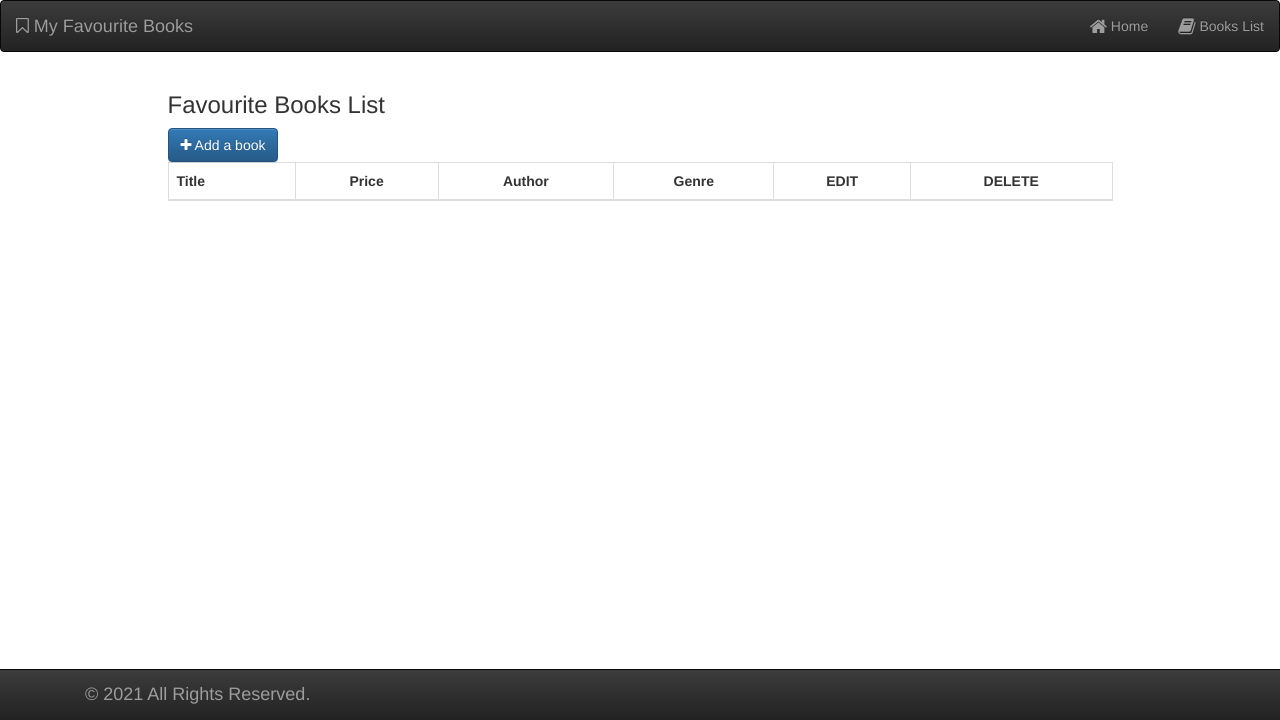
Repository: ClaytonRapiejko/COMP229-M2021-MIDTERM-301091341
Page: http://localhost/books
The author's editor kept a copy of each file at every save. The page is drawn from the files as they stood at one save, then again after the next save.
The browser window is 1280 px wide. The pictures show the whole page.
The page is served by the project's Node server (server.js). Other server files are loaded and not shown. Queries for data that is not in the repository find no rows.

Above is the page before, as saved 2021-06-22 13:35:31.

### server/views/books/index.ejs
<%- include('../partials/header.ejs'); %>

    <!-- MAIN CONTENT -->
    <div class="container">
      <div class="row">
        <div class="col-md-offset-1 col-md-10">
          <h3>Favourite Books List </h3>
          <!-- ------------------------ -->
          <!-- FIXED ADD BUTTON BELOW -->
          <a href="/books/add" class="btn btn-primary"><i class="fa fa-plus"></i> Add a book</a>
          <br>
          <div class="table-responsive">
            <table class="table table-bordered table-striped table-hover">
              <thead>
                <tr>
                  <th>Title</th>
                  <th class="text-center">Price</th>
                  <th class="text-center">Author</th>
                  <th class="text-center">Genre</th>
                  <th class="text-center">EDIT</th>
                  <th class="text-center">DELETE</th>
                </tr>
                </thead>
                <tbody>
                <!-- Template Row -->
                <% for (let count = 0; count < books.length; count++) { %>
                <tr>
                  <td><%= books[count].Title %></td>
                  <td class="text-center">$<%= books[count].Price %></td>
                  <td class="text-center"><%= books[count].Author %></td>
                  <td class="text-center"><%= books[count].Genre %></td>

                  <td class="text-center">
                    <!-- ------------------------ -->
                    <!-- ADDED the EDIT BUTTON HERE -->
                    <a href="/books/edit/<%= books[count]._id %>" class="btn btn-primary btn-sm">
                    <i class="fas fa-pencil-alt"></i> Edit</a>
                  </td>

                  <td class="text-center">
                    <!-- ------------------------ -->
                    <!-- ADDED the DELETE BUTTON HERE -->
                    <a href="/books/delete/<%= books[count]._id %>" class="btn btn-danger btn-sm">
                    <i class="fas fa-trash-alt"></i> Delete</a>
                  </td>
                </tr>
                <% } %>
              </tbody>
            </table>
          </div>
           <div class="col-md-offset-1 col-md-10 text-center">
            <ul class="pagination pagination-lg pager" id="myPager"></ul>
          </div>
        </div>
      </div>
    </div>

<%- include('../partials/footer.ejs'); %>

### server/views/partials/header.ejs
<!DOCTYPE html>
<html lang="en">
  <head>
    <meta charset="utf-8">
    <meta name="viewport" content="width=device-width, initial-scale=1">
    <title><%= title %></title>
    <!-- CSS SECTION -->
    <link rel="stylesheet" href="/Scripts/lib/bootstrap/dist/css/bootstrap.min.css">
    <link rel="stylesheet" href="/Scripts/lib/bootstrap/dist/css/bootstrap-theme.min.css">
    <link rel="stylesheet" href="/Scripts/lib/font-awesome/css/font-awesome.min.css">
    <link rel='stylesheet' href='/Content/app.css' />
  </head>
  <body>

  <nav class="navbar navbar-inverse" role="navigation">
    <!-- Brand and toggle get grouped for better mobile display -->
    <div class="navbar-header">
      <button type="button" class="navbar-toggle" data-toggle="collapse" data-target=".navbar-ex1-collapse">
        <span class="sr-only">Toggle navigation</span>
        <span class="icon-bar"></span>
        <span class="icon-bar"></span>
        <span class="icon-bar"></span>
      </button>
      <a class="navbar-brand" href="/"><i class="fa fa-bookmark-o"></i> My Favourite Books</a>
    </div>

    <!-- Collect the nav links, forms, and other content for toggling -->
    <div class="collapse navbar-collapse navbar-ex1-collapse">
      <ul class="nav navbar-nav navbar-right">
        <% if(title == "Home") { %>
          <li class="active"><a href="/"><i class="fa fa-home fa-lg"></i> Home</a></li>
        <% } else { %>
          <li><a href="/"><i class="fa fa-home fa-lg"></i> Home</a></li>
        <% } %>

          <% if(title == "books") { %>
          <li class="active"><a href="/books"><i class="fa fa-book fa-lg">
          </i> Books List</a></li>
          <% } else { %>
            <li><a href="/books"><i class="fa fa-book fa-lg">
            </i> Books List</a></li>
          <% } %>

      </ul>
    </div><!-- /.navbar-collapse -->
  </nav>

### server/views/partials/footer.ejs

<nav class="navbar navbar-inverse navbar-fixed-bottom">
  <div class="container">
    <h4  class="navbar-text">&copy; 2021 All Rights Reserved.</h4>
  </div>
</nav>



<!-- JAVASCRIPT SECTION -->
    <script src="/Scripts/lib/jquery/dist/jquery.min.js"></script>
    <script src="/Scripts/lib/bootstrap/dist/js/bootstrap.min.js"></script>
    <script src="/Scripts/app.js"></script>
  </body>
</html>

### server.js
let app = require('./server/config/app');
let debug = require('debug')('comp308-w2019-midterm:server');
let http = require('http');

/**
 * Get port from environment and store in Express.
 */

let port = normalizePort(process.env.PORT || '3000');
app.set('port', port);

/**
 * Create HTTP server.
 */

let server = http.createServer(app);

/**
 * Listen on provided port, on all network interfaces.
 */

server.listen(port);
server.on('error', onError);
server.on('listening', onListening);

/**
 * Normalize a port into a number, string, or false.
 */

function normalizePort(val) {
  let port = parseInt(val, 10);

  if (isNaN(port)) {
    // named pipe
    return val;
  }

  if (port >= 0) {
    // port number
    return port;
  }

  return false;
}

/**
 * Event listener for HTTP server "error" event.
 */

function onError(error) {
  if (error.syscall !== 'listen') {
    throw error;
  }

  let bind = typeof port === 'string'
    ? 'Pipe ' + port
    : 'Port ' + port;

  // handle specific listen errors with friendly messages
  switch (error.code) {
    case 'EACCES':
      console.error(bind + ' requires elevated privileges');
      process.exit(1);
      break;
    case 'EADDRINUSE':
      console.error(bind + ' is already in use');
      process.exit(1);
      break;
    default:
      throw error;
  }
}

/**
 * Event listener for HTTP server "listening" event.
 */

function onListening() {
  let addr = server.address();
  let bind = typeof addr === 'string'
    ? 'pipe ' + addr
    : 'port ' + addr.port;
  debug('Listening on ' + bind);
}

### server/routes/books.js
// modules required for routing
let express = require('express');
let router = express.Router();
let mongoose = require('mongoose');

// define the book model
let book = require('../models/books');

/* GET books List page. READ */
router.get('/', (req, res, next) => {
  // find all books in the books collection
  book.find( (err, books) => {
    if (err) {
      return console.error(err);
    }
    else {
      res.render('books/index', {
        title: 'Books',
        books: books
      });
    }
  });

});

//  GET the Book Details page in order to add a new Book
router.get('/add', (req, res, next) => {

  res.render('books/details', {title: 'Add Books', books:''});

});

// POST process the Book Details page and create a new Book - CREATE
router.post('/add', (req, res, next) => {

    let newBook = book({
      "Title": req.body.title,
      "Description": req.body.description,
      "Price": req.body.price,
      "Author": req.body.author,
      "Genre": req.body.genre
    });
    book.create(newBook, (err, Contact)=>{
      if(err){

          console.log(err);
          res.end(err);
      }
      else
      {
          //refresh the contact list
          res.redirect('/books');
      }
  });

});

// GET the Book Details page in order to edit an existing Book
router.get('/edit/:id', (req, res, next) => {
    let id = req.params.id;

      book.findById(id, (err, bookToEdit)=>{
          if(err){
              console.log(err);
              res.end(err);
          }
          else{
              //showing the edit view
              res.render('books/details', {title:'Edit Book', books: bookToEdit})
          }
      });
});

// POST - process the information passed from the details form and update the document
router.post('/edit/:id', (req, res, next) => {

  let id = req.params.id;

  let updateBook = book({
      "_id":id,
      "Title": req.body.title,
      "Price": req.body.price,
      "Author": req.body.author,
      "Genre": req.body.genre
  })
  book.updateOne({_id: id}, updateBook, (err)=>{
      if(err)
      {
          console.log(err);
          res.end(err);
      }
      else
      {
          //refresh the book list
          res.redirect('/books');
      }
  })
});

// GET - process the delete by user id
router.get('/delete/:id', (req, res, next) => {
  let id = req.params.id;

    book.remove({_id:id}, (err)=>{
        if(err)
        {
            console.log(err);
            res.end(err);
        }
        else
        {
            //refresh the book list page
            res.redirect('/books');
        }
    })
});


module.exports = router;

### client/Scripts/app.js
/* custom JS goes here */

/* pagination code from http://www.bootply.com/lxa0FF9yhw */
$.fn.pageMe = function(opts){
    var $this = this,
        defaults = {
            perPage: 7,
            showPrevNext: false,
            hidePageNumbers: false
        },
        settings = $.extend(defaults, opts);

    var listElement = $this;
    var perPage = settings.perPage;
    var children = listElement.children();
    var pager = $('.pager');

    if (typeof settings.childSelector!="undefined") {
        children = listElement.find(settings.childSelector);
    }

    if (typeof settings.pagerSelector!="undefined") {
        pager = $(settings.pagerSelector);
    }

    var numItems = children.size();
    var numPages = Math.ceil(numItems/perPage);

    pager.data("curr",0);

    if (settings.showPrevNext){
        $('<li><a href="#" class="prev_link">«</a></li>').appendTo(pager);
    }

    var curr = 0;
    while(numPages > curr && (settings.hidePageNumbers==false)){
        $('<li><a href="#" class="page_link">'+(curr+1)+'</a></li>').appendTo(pager);
        curr++;
    }

    if (settings.showPrevNext){
        $('<li><a href="#" class="next_link">»</a></li>').appendTo(pager);
    }

    pager.find('.page_link:first').addClass('active');
    pager.find('.prev_link').hide();
    if (numPages<=1) {
        pager.find('.next_link').hide();
    }
  	pager.children().eq(1).addClass("active");

    children.hide();
    children.slice(0, perPage).show();

    pager.find('li .page_link').click(function(){
        var clickedPage = $(this).html().valueOf()-1;
        goTo(clickedPage,perPage);
        return false;
    });
    pager.find('li .prev_link').click(function(){
        previous();
        return false;
    });
    pager.find('li .next_link').click(function(){
        next();
        return false;
    });

    function previous(){
        var goToPage = parseInt(pager.data("curr")) - 1;
        goTo(goToPage);
    }

    function next(){
        goToPage = parseInt(pager.data("curr")) + 1;
        goTo(goToPage);
    }

    function goTo(page){
        var startAt = page * perPage,
            endOn = startAt + perPage;

        children.css('display','none').slice(startAt, endOn).show();

        if (page>=1) {
            pager.find('.prev_link').show();
        }
        else {
            pager.find('.prev_link').hide();
        }

        if (page<(numPages-1)) {
            pager.find('.next_link').show();
        }
        else {
            pager.find('.next_link').hide();
        }

        pager.data("curr",page);
      	pager.children().removeClass("active");
        pager.children().eq(page+1).addClass("active");

    }
};

// IIFE
(function(){
  $(".btn-danger").click(function(event){
    if(!confirm("Are you sure?")) {
      event.preventDefault();
      window.location.assign("/games");
    }
  });

 /* pagination code */
  $('#myTable').pageMe(
    {pagerSelector:'#myPager',showPrevNext:true,hidePageNumbers:false,perPage:6}
    );
})();

Loaded but not shown: client/Scripts/lib/bootstrap/dist/css/bootstrap.min.css (library); client/Scripts/lib/bootstrap/dist/css/bootstrap-theme.min.css (library); client/Scripts/lib/font-awesome/css/font-awesome.min.css (library); client/Content/app.css (common file); client/Scripts/lib/jquery/dist/jquery.min.js (library); client/Scripts/lib/bootstrap/dist/js/bootstrap.min.js (library)

After the next save:
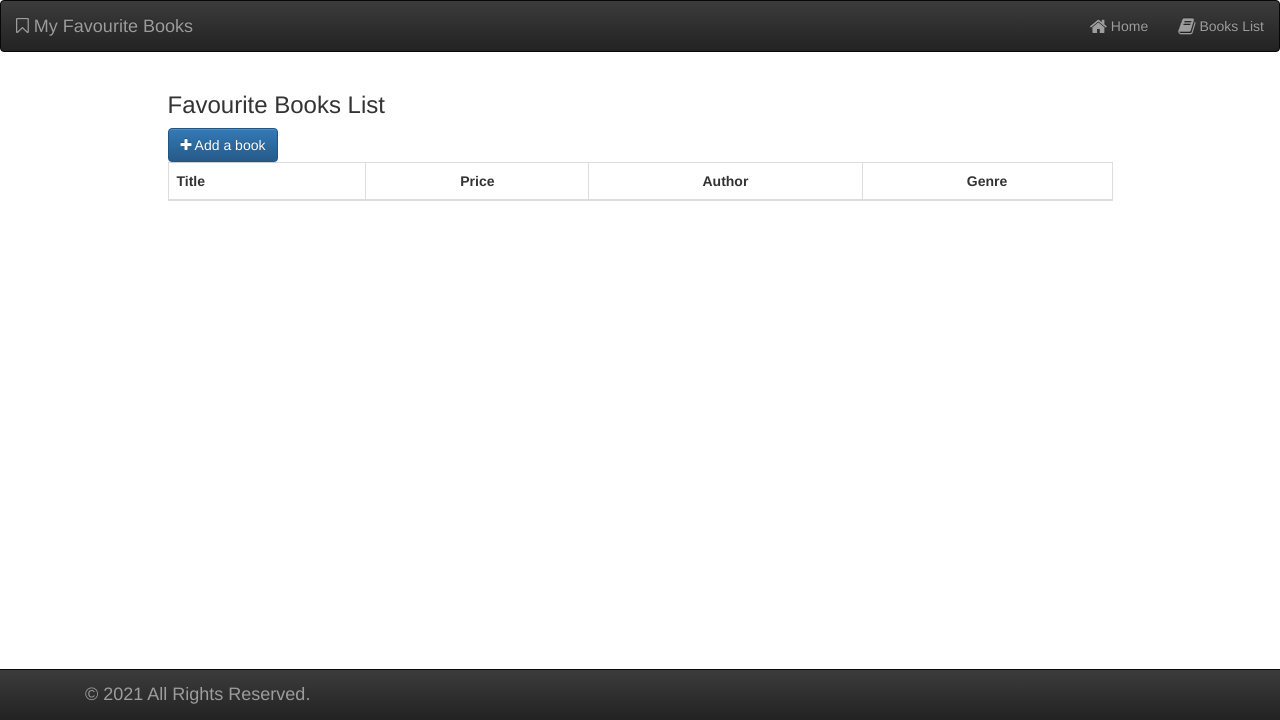
Saved 88 s later.
--- a/server/views/books/index.ejs
+++ b/server/views/books/index.ejs
@@ -17,8 +17,6 @@
                   <th class="text-center">Price</th>
                   <th class="text-center">Author</th>
                   <th class="text-center">Genre</th>
-                  <th class="text-center">EDIT</th>
-                  <th class="text-center">DELETE</th>
                 </tr>
                 </thead>
                 <tbody>

After the save that followed:
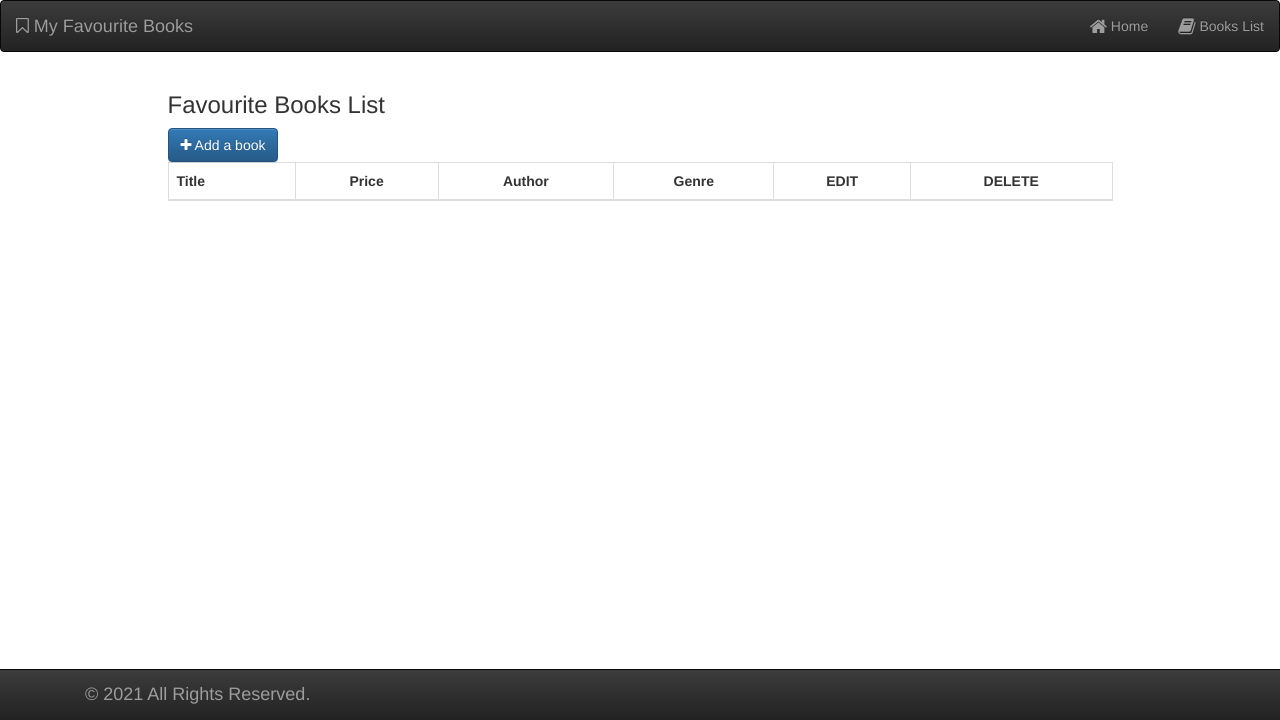
Saved 7 s later.
--- a/server/views/books/index.ejs
+++ b/server/views/books/index.ejs
@@ -17,6 +17,8 @@
                   <th class="text-center">Price</th>
                   <th class="text-center">Author</th>
                   <th class="text-center">Genre</th>
+                  <th class="text-center">EDIT</th>
+                  <th class="text-center">DELETE</th>
                 </tr>
                 </thead>
                 <tbody>
